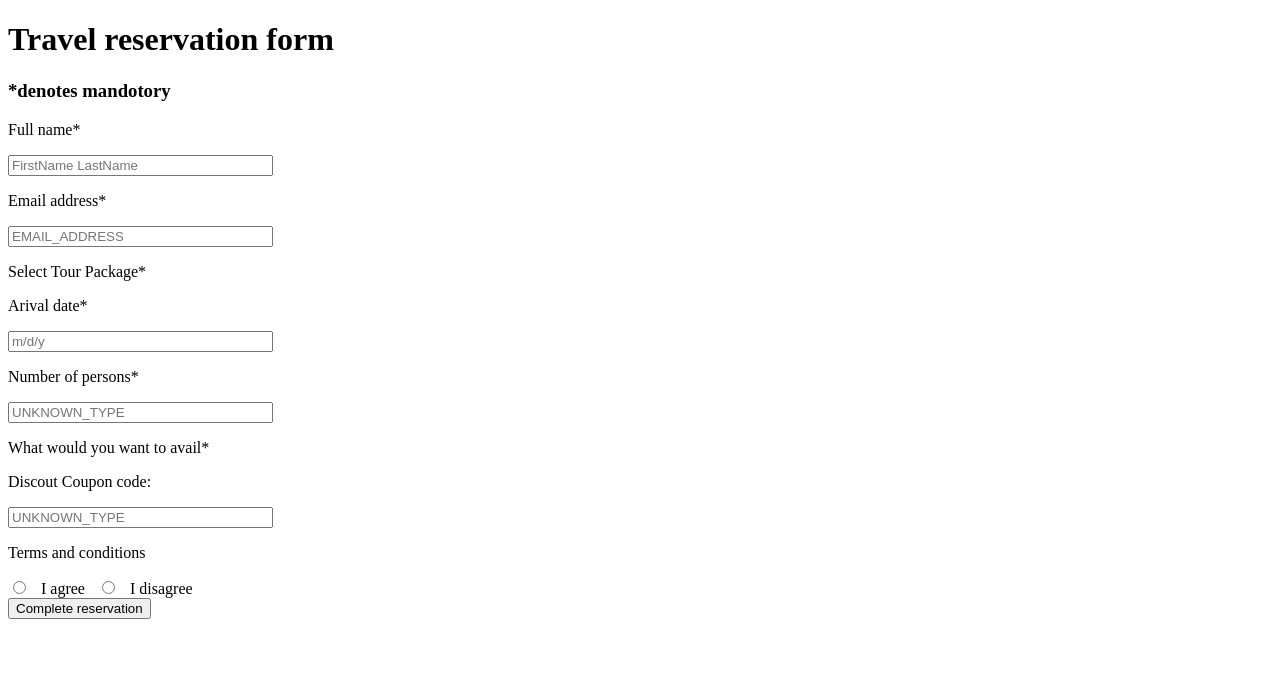
Repository: PhamChiXuan1/HTCNW_tuan3_DHCNTT16C_PhamChiXuan_20030131
Page: bt16.html
These files come from the project's save history. The page is drawn as it stood at one moment and after the next save; the edit follows.
The browser window is 1280 px wide. The pictures show the whole page.

Above is the page before, as saved 2022-02-27 23:53:17.

### bt16.html
<!DOCTYPE html>
<html lang="en">
<head>
    <meta charset="UTF-8">
    <meta http-equiv="X-UA-Compatible" content="IE=edge">
    <meta name="viewport" content="width=device-width, initial-scale=1.0">
    <title>Document</title>
</head>
<body>
    <H1>Travel reservation form</H1>
    <H3>*denotes mandotory</H3>
    <P>Full name*</P>
    <input type="text" id="" name="" size="30" placeholder="FirstName LastName">
    <P>Email address*</P>
    <input type="text" id="" name="" size="30" placeholder="EMAIL_ADDRESS">
    <P>Select Tour Package*</P>
    <P>Arival date*</P>
    <input type="text" id="" name="" size="30" placeholder="m/d/y">
    <P>Number of persons*</P>
    <input type="text" id="" name="" size="30" placeholder="UNKNOWN_TYPE">
    <P>What would you want to avail*</P>

    <P>Discout Coupon code:</P>
    <input type="text" id="" name="" size="30" placeholder="UNKNOWN_TYPE">
    <P>Terms and conditions</P>
    <input type="radio" id="" name="" value="">
    <label for="I agree">I agree</label>
    <input type="radio" id="" name="" value="">
    <label for="I disagree">I disagree</label>
    <form>
        <input type="submit" value="Complete reservation">
    </form>
</body>
</html>

After the next save:
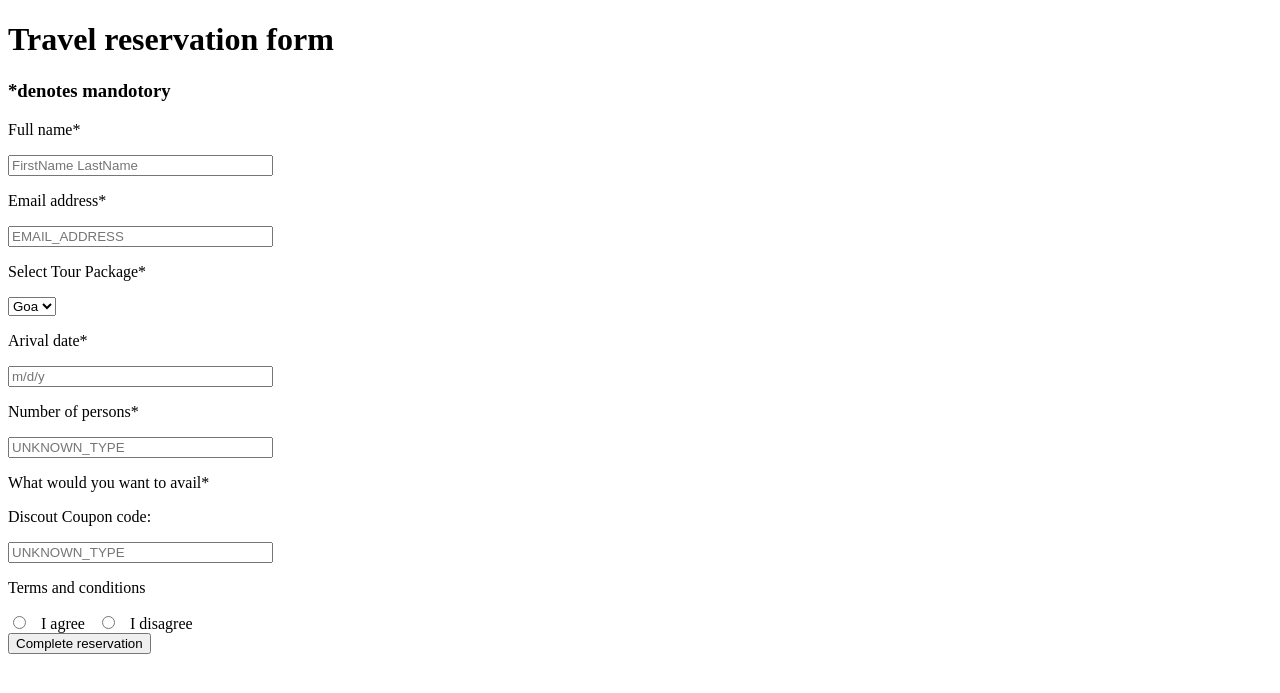
Saved 3 min 22 s later.
--- a/bt16.html
+++ b/bt16.html
@@ -14,6 +14,10 @@
     <P>Email address*</P>
     <input type="text" id="" name="" size="30" placeholder="EMAIL_ADDRESS">
     <P>Select Tour Package*</P>
+    <select>
+        <option value="0">Goa</option>
+        <option value="34">GIM</option>
+     </select>
     <P>Arival date*</P>
     <input type="text" id="" name="" size="30" placeholder="m/d/y">
     <P>Number of persons*</P>
